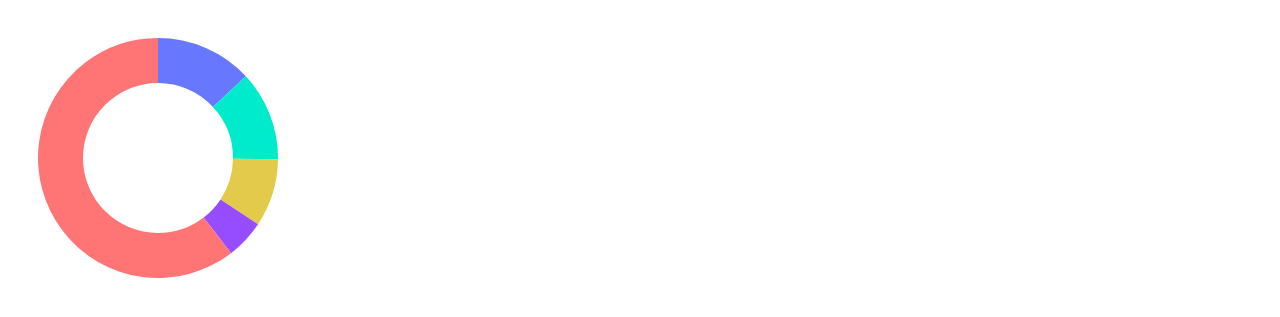
Repository: shuke-zhang/project
Page: /
These files come from the project's save history. The page is drawn as it stood at one moment and after the next save; the edit follows.
The browser window is 1280 px wide. The pictures show the whole page.
The project was rebuilt for these pictures with package versions that can differ from the ones it lists, and the page was loaded fresh each time. Also part of the build but not shown: vite.config.js.

Above is the page before, as saved 2023-06-27 10:59:50.

### src/main.js
import { createApp } from 'vue'
import ElementPlus from 'element-plus'
import 'element-plus/dist/index.css'
import App from './App.vue'
import * as echarts from 'echarts';
const app = createApp(App)

app.use(ElementPlus)
app.mount('#app')

### src/App.vue
<script setup>
// This starter template is using Vue 3 <script setup> SFCs
// Check out https://vuejs.org/api/sfc-script-setup.html#script-setup
import { ref,onMounted } from 'vue'
import * as echarts from 'echarts';

const render = () => {
  const myChart = echarts.init(document.getElementById('main'));
  let option = {
        tooltip: {
          trigger: "item",
          formatter: "{d} %",
          backgroundColor: "rgba(0, 0, 0, 0.8)",
          borderColor: "rgba(0, 0, 0, 0.8)",
          textStyle: {
            color: "#fff",
          },
          confine: true,
        },

        legend: {
          show: false,
        },
        color:[
  "#6778FF",
  "#00EBCC",
  "#E3CA4A",
  "#964DFF",
  "#FF7474",
  "#A2F3FF",
  "#D84CDD",
],
    series: [
          {
            type: "pie",
            radius: ["50%", "80%"],
            avoidLabelOverlap: false,
            label: {
              show: false,
              position: "center",
            },
            emphasis: {
              label: { // 鼠标移入时显示的标签
                show: true,
                color: "#1DBF73",
                // fontSize: "14",
              },
              formatter(data) {
                console.log(data);
              },
            },
            labelLine: {
              show: false,
            },
            data: [
              { value: 335, name: "直接访问" },
              { value: 310, name: "邮件营销" },
              { value: 234, name: "联盟广告" },
              { value: 135, name: "视频广告" },
              { value: 1548, name: "搜索引擎" },]
          },
        ],
      };
// 绘制图表
  myChart.setOption(option);
}
// myChart2.value.setOption(
//     {
//     color: ['#61adf2', '#56dae8', '#efa49e'],
//     series: [{
//     type: 'pie',
//     radius: ['50%', '70%'],
//     avoidLabelOverlap: true,
//     label: {
//       show: true,
//       position: 'center',
//       formatter:function(params) {
//           return  '{a|虫情测报仪 }\n\n\n{b|' + total.value + '}\n\n{c|' + params.percent.toFixed(2) + '%}';
//         },
//       rich: {
//           a: {
//             fontSize: 28,
//             color: '#1DBF73',
//             fontWeight: 'bold',
//             top:'30%',
//             },
//           b: {
//             fontSize: 28,
//             top:'45%',
//             color: '#666666',
//             },
//           c:{
//             fontSize: 28,
//             color: '#f70'
//             }
//         },
//     },
//     emphasis: {
//       label: {
//         show: true,
//         formatter: function(params) {
//           return  '{a|' + params.name + '}\n\n\n{b|' + params.value + '}\n\n{c|' + params.percent.toFixed(2) + '%}';
//         },
//          rich: {
//      // 添加自定义样式，覆盖默认样式
//      a: {
//       width: '80%',
//       fontSize: 28,
//       color: '#1DBF73',
//       fontWeight: 'bold',
//      },
//      b: {
//       fontSize: 28,
//       color: 'red',
//      },
//      c: {
//       fontSize: 28,
//       color: 'green',
//       fontWeight: 'bold',
//      }
//     },
//       }
//     },
//     data: dataList
//   }]

//   }

//   )
onMounted (() => {
  render()
})
</script>

<template>
 <div id="main" style="width: 300px;height: 300px;"></div>
</template>

<style>

</style>

Loaded but not shown: index.html (common file)

After the next save:
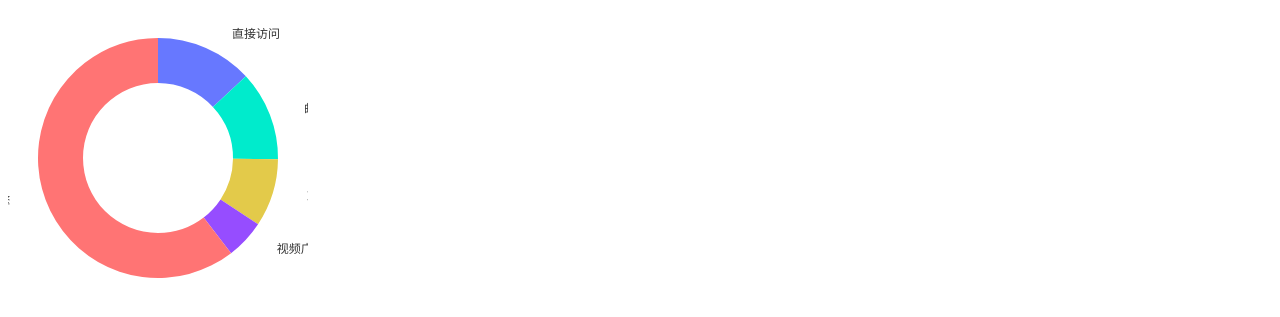
Saved 20 s later.
--- a/src/App.vue
+++ b/src/App.vue
@@ -34,10 +34,9 @@
           {
             type: "pie",
             radius: ["50%", "80%"],
-            avoidLabelOverlap: false,
-            label: {
-              show: false,
-              position: "center",
+            avoidLabelOverlap: false, //是否启用防止标签重叠策略
+            label: { // 饼图图形上的文本标签
+              show: true,
             },
             emphasis: {
               label: { // 鼠标移入时显示的标签

After the save that followed:
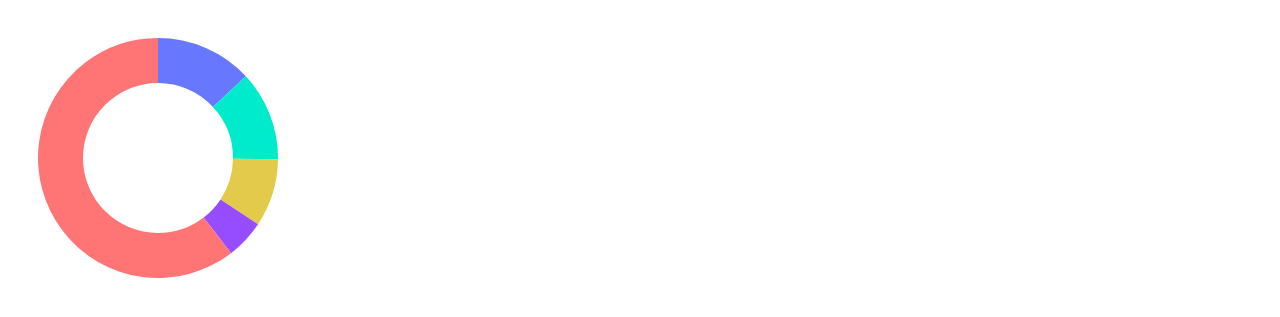
Saved 8 s later.
--- a/src/App.vue
+++ b/src/App.vue
@@ -36,7 +36,8 @@
             radius: ["50%", "80%"],
             avoidLabelOverlap: false, //是否启用防止标签重叠策略
             label: { // 饼图图形上的文本标签
-              show: true,
+              show: false,
+              position: "center",
             },
             emphasis: {
               label: { // 鼠标移入时显示的标签
